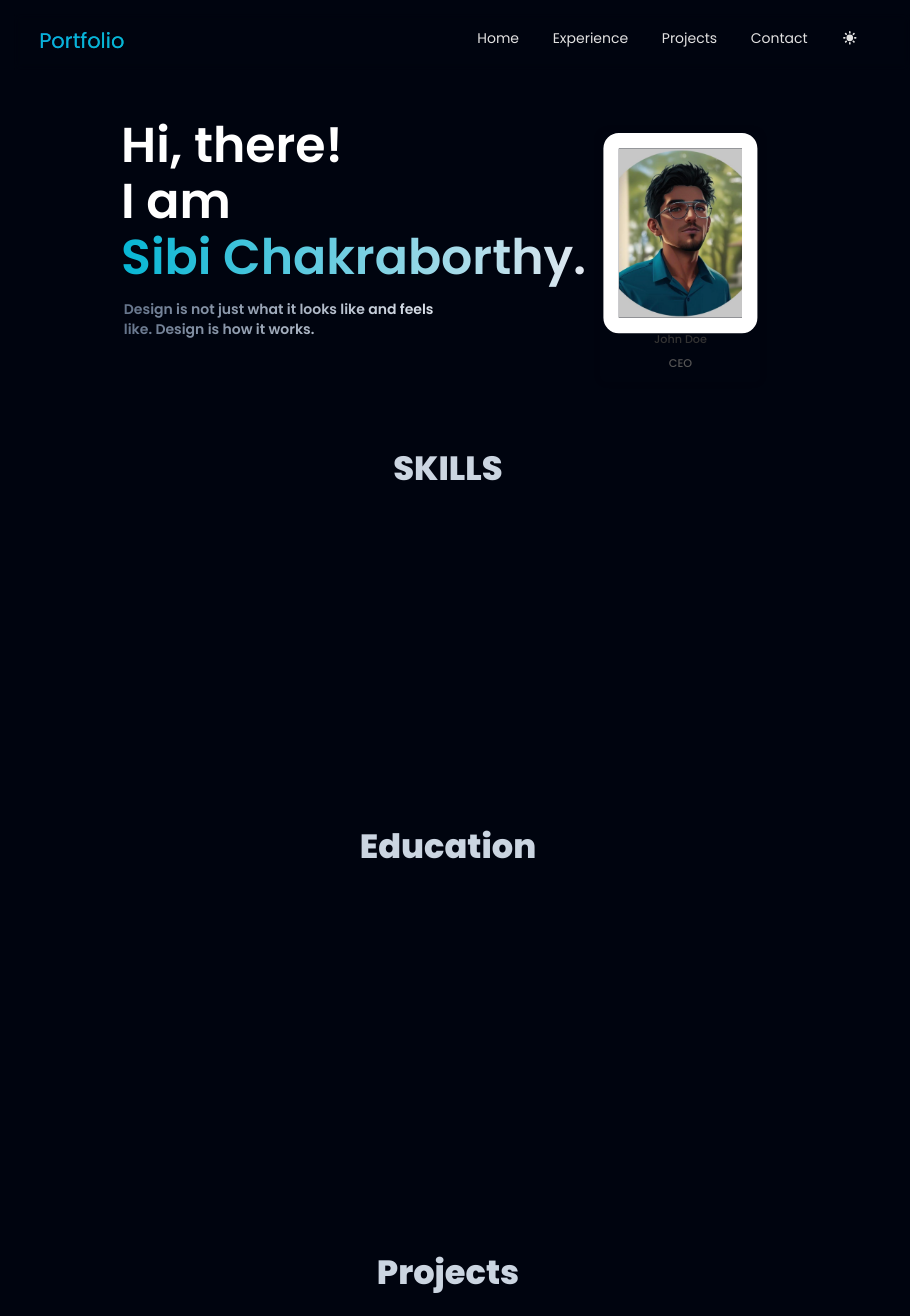
Repository: sibi24sibi/MyPersonalPortfolio
Page: /
These files come from the project's save history. The page is drawn as it stood at one moment and after the next save; the edit follows.
The browser window is 1280 px wide. The page is 1300 px wide, so the pictures cover 1300 px, including what lies to the right of the window. The pictures show the part of the page from y = 0 to 1880 px (the page is 3452 px tall before and 3414 px after), at 70% of full size.
The pointer rests on the first visible `.team-member img`.
The project was rebuilt for these pictures with package versions that can differ from the ones it lists, and the page was loaded fresh each time. Also part of the build but not shown: vite.config.js, src/components/Menu.jsx, src/components/Footer.jsx.

Above is the page before, as saved 2024-05-03 17:47:56.

### index.html
<!DOCTYPE html>
<html lang="en">

<head>
  <meta charset="UTF-8" />
  <link rel="icon" type="image/svg+xml" href="" />
  <meta name="viewport" content="width=device-width, initial-scale=1 , maximum-scale=1 ,user-scalable=no" />
  <title>
    Personal Portfolio
  </title>
</head>

<body className="darkMode">
  <div id="root" className="px-5 w-screen"></div>
  <script type="module" src="/src/main.jsx"></script>
</body>

</html>

### src/index.css
@import url('https://fonts.googleapis.com/css2?family=Poppins:wght@300;400;500;600;800&display=swap');
@tailwind base;
@tailwind components;
@tailwind utilities;

html {
    @apply overflow-x-hidden scroll-smooth
}

body {

    @apply dark:bg-[#00040f] bg-[#e2e2e2ab]
}

### src/App.jsx
import Navbar from "./components/Navbar";
import About from "./components/About";

import Education from "./components/Education";
import Projects from "./components/Projects";
import Skills from "./components/Skills";

import HashLoader from "react-spinners/HashLoader";
import CTA from "./components/CTA";
import MyEmailLayout from "./components/email";
import Footer from "./components/Footer";


import { useState, useEffect } from "react";

const override = {
  display: "flex",
  justifyContent: "center",
  alignItems: "center",
  marginTop: "5rem",
  borderColor: "red",
};

const App = () => {
  const [loading, setLoading] = useState(true);

  useEffect(() => {
    setLoading(true);
    setTimeout(() => {
      setLoading(false);
    }, 3000);
  }, []);
  return (
    <>
      {loading ? (
        <div className="flex h-screen w-screen justify-center items-center bg-[#00040f] ">
          <HashLoader
            color="#0891b2"
            loading={loading}
            cssOverride={override}
            size={90}
            aria-label="Loading Spinner"
            data-testid="loader"
          />
        </div>
      ) : (
        <div className=" flex flex-col justify-center items-center">
          <Navbar></Navbar>
          <About></About>
          <Skills></Skills>
          <Education></Education>
          <Projects></Projects>
          <CTA></CTA>
          <MyEmailLayout></MyEmailLayout>
          {/* <Footer></Footer> */}
        </div>
      )}
    </>
  );
};
export default App;

### src/components/Navbar.jsx
import { CgMenuRightAlt } from "react-icons/cg";
import { HiSun, HiMoon } from "react-icons/hi";
import { useState, useEffect } from "react";
import Menu from "./Menu";

const Navbar = () => {
  const [nav, setNav] = useState(false);

  const [theme, setTheme] = useState("light");

  useEffect(() => {
    if (theme === "dark") {
      document.documentElement.classList.remove("dark");
    } else {
      document.documentElement.classList.add("dark");
    }
  }, [theme]);

  const handleTheme = () => {
    setTheme(theme === "dark" ? "light" : "dark");
  };

  return (
    <>
      <section className="NAVBAR sticky top-0 backdrop-blur-[5px] z-10 pt-5  translate-x-[20px] min-w-full mt-5 font-['Poppins']  max-sm:p-2 max-sm:mx-1 max-sm:max-h-[48px] ">
        <div className="flex  justify-between capitalize md:ml-9 sm:ml-2">
          <div className="LOGO ">
            <a
              href="#"
              className="text-3xl bg-gradient-to-r from-blue-600 to-cyan-600 bg-clip-text text-transparent dark:text-cyan-500 max-sm:text-2xl"
            >
              {"Portfolio"}
            </a>
          </div>
          <div className="NAVLINKS min-w-full pr-9 text-[20px] translate-x-[-160px]  max-sm:hidden flex justify-end gap-12 text-[#00040f] dark:text-[#e1e1e1] ">
            <a href="#about" className=" hover:text-cyan-500">
              Home
            </a>
            <a href="#experience" className="hover:text-cyan-500">
              Experience
            </a>
            {/* <a href="#education" className="hover:text-cyan-500 ">
              Education
            </a> */}
            <a href="#projects" className="hover:text-cyan-500 ">
              Projects
            </a>
            <a href="#contact" className="hover:text-cyan-500 ">
              Contact
            </a>

            <button onClick={handleTheme}>
              {theme === "dark" ? (
                <HiMoon className="-translate-y-1 text-2xl" />
              ) : (
                <HiSun className="-translate-y-1 text-2xl" />
              )}
            </button>

            </div>
            </div>
          <button onClick={() => setNav(!nav)}>
            <CgMenuRightAlt className="hidden max-sm:block mr-5   absolute top-2  right-10 md:transform-none text-[#00040f] dark:text-[#e1e1e1] text-[32px]" />
          </button>


        {nav && <Menu />}

      </section>



    </>
  );
};
export default Navbar;

### src/components/About.jsx
import Lottie from "lottie-react";
import computer from "../assets/lottie/computer.json";
import Profile from "../assets/Profile.jpg";
import "./about-style.css";

const About = () => {
  return (
    <>
      <section
        id="about"
        className="p-5 mx-2 mb-10 font-medium font-['Poppins'] max-w-6xl max-sm:p-2 max-sm:mx-5"
      >
        <div className="WRAPPER mt-12 flex justify-between max-sm:flex-col gap-35">
        <div className="INTRO text-[70px] leading-[80px] font-semibold max-sm:text-[40px] max-sm:leading-[70px] max-sm:font-semibold">
            <h3 className="text-[#00040f] dark:text-white">
              Hi, there! <br />I am
            </h3>
            <span className="bg-clip-text text-transparent bg-gradient-to-r  from-blue-600 to-cyan-600 dark:from-cyan-500 dark:to-slate-200">
             Sibi Chakraborthy.

            </span>

            <p className="ABOUT h-[100px] text-xl max-sm:text-[15px] bg-clip-text text-transparent  bg-gradient-to-r  from-[#00040f] to-slate-500 dark:from-slate-500 dark:to-slate-200 max-w-[470px] mt-5 pl-1">
            Design is not just what it looks like and feels like. Design is how it works.
            </p>
          </div>
        <div className="div">



        <div className="team-member">
            <img src={Profile} alt="Profile"/>
            <h3>John Doe</h3>
            <p>CEO</p>
        </div>



        </div>
        </div>
      </section>
    </>
  );
};
export default About;

### src/components/Education.jsx
import Lottie from "lottie-react";
import education from "../assets/lottie/education.json";
import SAEC from "../assets/SAEC.png";
import AOS from "aos";

import { useEffect } from "react";

const Education = () => {
  useEffect(() => {
    AOS.init();
  }, []);
  return (
    <section
      id="education"
      className="EXPERIENCE max-w-6xl p-5 mx-20 mb-25 font-['Poppins']  max-sm:p-2 max-sm:mx-5"
    >
      <div className="WRAPPER mt-10">
        <h1 className="text-[#00040f] dark:text-slate-300 text-center font-extrabold text-5xl mb-5 max-sm:text-4xl   ">
          Education
        </h1>

        <div
          className="EDUCATION flex gap-7 justify-between flex-row-reverse max-sm:flex-col"
          data-aos="fade-right"
        >
          <div className="max-w-[520px] mt-[52px] p-7 max-sm:p-3">
            <div className="flex gap-5">
              <img
                src={SAEC}
                alt="SAEC"
                className="w-[150px] h-[100px]"
              />
              <h1 className="bg-clip-text text-transparent bg-gradient-to-r max-sm:text-[17px] from-amber-500 via-orange-600 to-yellow-500 dark:from-[#ff6600] dark:to-slate-100 font-semibold text-2xl w-[300px] h-[100px] tracking-wider ">
                Syed Ammal engineering college
              </h1>
            </div>

            <div className="mt-7 flex flex-col gap-5 text-left pl-4">
              <h3 className="capitalize  text-slate-800 dark:text-slate-300 text-xl max-sm:text-lg">
                Bachelor of technology
              </h3>
              <p className="italic capitalize text-gray-500 dark:text-slate-500 text-xl max-sm:text-lg leading-9">
                November 2020 - May 2024
              </p>

              <p className="capitalize text-gray-500 dark:text-slate-500 text-xl max-sm:text-lg leading-9">
                Computer Science and Engineering
              </p>
            </div>
          </div>
          <Lottie
            animationData={education}
            loop={true}
            className="max-w-[500px]"
          />
        </div>
      </div>
    </section>
  );
};
export default Education;

### src/components/Skills.jsx
import {
  HTML,
  CSS,
  Github,
  Git,
  Vite,
  TailwindCSS,
  react,
  Python,
  Javascript,
  CPP,
  C,
  Vue,
  nodejs
} from "../constants/Constant";

import AOS from "aos";
import "aos/dist/aos.css";
import { useEffect } from "react";
import Image from "./Img_prop";

const Skills = () => {
  useEffect(() => {
    AOS.init();
  }, []);
  return (
    <>
      <section className="EXPERIENCE p-5  mb-10 max-w-6xl  font-['Poppins']  max-sm:p-2 max-sm:mx-5">
        <div>
        <h1 className="text-[#00040f] dark:text-slate-300 font-extrabold text-5xl text-center max-sm:text-4xl ">
          SKILLS
        </h1>
        </div>
        <div
          className=" grid place-content-start  grid-cols-3 gap-4 max-sm:p-2 mt-10"
          data-aos="zoom-out-up"
        >
          <Image img={HTML}></Image>
          <Image img={CSS}></Image>
          <Image img={Javascript}></Image>
          <Image img={react}></Image>
          <Image img={TailwindCSS}></Image>
          {/* <Image img={Vue}></Image>
          <Image img={CPP}></Image>
          <Image img={C}></Image> */}
          <Image img={Python}></Image>
          {/* <Image img={Vite}></Image> */}
          <Image img={Git}></Image>
          <Image img={Github}></Image>
          <Image img={nodejs}></Image>
        </div>
      </section>
    </>
  );
};
export default Skills;

### src/components/CTA.jsx
function CTA() {
  const resumeLink = "/Sibi-Chakraborthy-V.pdf";
  return (
    <div id="resume" className="pt-36 max-w-6xl resume relative w-full flex justify-center ">

      <div className="pt-14 mx-20 pb-40">
        <h2 className="text-4xl md:text-5xl max-sm:text-[35px] max-sm:leading-[60px] font-bold mb-10 text-[#00040f] dark:text-white text-center">
          Need to know about me more
        </h2>
        <div className="flex justify-center ">
        <a
          href={resumeLink}
          className="cursor-pointer font-bold whitespace-nowrap
        mt-6 px-8 py-3 dark:text-[#e1e1e1] border-2 rounded-full border-[#808080]  bg-bg hover:bg-fun-pink hover:border-fun-pink transition-colors inline-flex items-center"
        >
          <svg class="fill-current w-4 h-4 mr-2" xmlns="http://www.w3.org/2000/svg" viewBox="0 0 20 20"><path d="M13 8V2H7v6H2l8 8 8-8h-5zM0 18h20v2H0v-2z"/></svg>
          <span>Resume</span>

        </a>

        </div>
      </div>


    </div>
  );
}

export default CTA;

### src/components/email.jsx
import React, { useRef, useEffect } from "react";
import emailjs from '@emailjs/browser';



const MyEmailLayout = () => {
  const form = useRef();

  useEffect(() => {
    // Initialize emailjs
    emailjs.init('-fw29uVaf1UZJqOVT');
  }, []);

  const sendEmail = (e) => {
    e.preventDefault();

    emailjs

      .sendForm('service_hgvjibu', 'template_f9rmzk9', form.current)
      .then(
        () => {
          alert('Email sent successfully!');
        },
        (error) => {
          alert('Failed to send email. Please try again later.');
          console.error('Email Error:', error);
        }
      );
  };

  return (
    <div   className="mb-20 max-w-6xl" id="contact">

      <div className=" mx-10 max-sm:mx-5 ">
      <div className="div">
      <h1 className="text-2xl dark:text-[#e1e1e1] font-bold mb-4 ">SEND ME A EMAIL</h1>
      </div>
      <form ref={form} onSubmit={sendEmail}>
        <div className="grid  grid-cols-2 gap-4 flex justify-center">
          <div>
            <label htmlFor="name" className="dark:text-[#e1e1e1]">Name</label>
            <input
              type="text"
              id="name"
              name="user_name"
              className="px-3 py-2 placeholder-gray-400 text-gray-600 relative dark:bg-slate-300 bg-stone-300 rounded text-sm border-0 shadow outline-none focus:outline-none focus:ring  w-full"
            />
          </div>
          <div>
            <label htmlFor="email" className="dark:text-[#e1e1e1]">Email</label>
            <input
              type="email"
              id="email"
              name="user_email"
              className="px-3 py-2 placeholder-gray-400 text-gray-600 relative dark:bg-slate-300 bg-stone-300 rounded text-sm border-0 shadow outline-none focus:outline-none focus:ring w-full"
            />
          </div>
        </div>
        <label htmlFor="message" className="dark:text-[#e1e1e1]">Message</label>
        <textarea
          placeholder=""
          name="message"
          className="px-3 py-2 placeholder-gray-400 text-gray-600 relative dark:bg-slate-300 bg-stone-300 rounded text-sm border-0 shadow outline-none focus:outline-none focus:ring h-40 w-full "
        ></textarea>
        <button
          type="submit"
          className="bg-blue-500 rounded-full text-white px-4 py-2 mt-4 float-right"
          value="Send"
        >
          Send Email
        </button>
      </form>
      </div>
    </div>
  );
};

export default MyEmailLayout;

### src/components/about-style.css
.team-member img {
    width: 200px;
    height: 200px;
    border-radius: 50%;
    object-fit: cover;

/* Additional styling for the image */
border: 20px solid #fff; /* Add a white border around the image */
 transition: transform 0.3s ease-in-out; /*  Add a smooth transition effect  */

/* Hover effect: Scale the image slightly on hover */
/* cursor: pointer; */
}

.team-member img:hover {
    border-radius: 20px;
    height: 260px;
}

.team-member {
    text-align: center;
    margin: 20px;
  /*  background-color: #fff;  White background for each team member */
    padding: 15px; /* Add padding for better visual appeal */
    border-radius: 10px; /* Add rounded corners */
    box-shadow: 0 0 10px rgba(0, 0, 0, 0.1); /* Add a subtle box shadow */
}



/* Add a hover effect for better user interaction */
.team-member img:hover {
transform: scale(1.1);
}


.team-member h3 {
    margin: 10px 0;
    color: #333; /* Darken the text color */
}

.team-member p {
    color: #555;
}

### src/components/Project_prop.jsx
/* eslint-disable react/prop-types */

import "./proj_style.css";


const Project_prop = (props) => {
  return (
    <>



      <div className="card bg-blue-100 dark:bg-sky-950 rounded-lg shadow-lg aspect-w-16 aspect-h-9 ">
        <h3
        className="title capitalize font-bold h-20 text-slate-800 dark:text-slate-300 text-xl max-sm:text-lg m-5 text-center"
        >
          {props.title}
        </h3>
            <div className="bar h-1 min-w-40 dark:bg-gray-800  bg-slate-600  mx-5"></div>
        <div className="flex gap-1 ml-3 mt-3 ">
                {props.react}
                {props.vite}
                {props.html5}
                {props.css3}
                {props.php}
                {props.mysql}
                {props.javascript}
                {props.tailwindcss}
                {props.laravel}
                {props.bootstrap}
                {props.wordpress}

        </div>
        <p className="dark:text-slate-500 mt-2 text-sm px-5  select-none">
          {props.para}
        </p>
      </div>




    </>
  );
};
export default Project_prop;

### src/constants/Constant.jsx
import C from "../assets/C.png";
import CPP from "../assets/CPP.png";
import HTML from "../assets/HTML.png";
import Github from "../assets/Github.png";
import CSS from "../assets/CSS.png";
import Python from "../assets/Python.png";
import Javascript from "../assets/Javascript.png";
import Git from "../assets/Git.png";
import Vite from "../assets/Vite.png";
import TailwindCSS from "../assets/TailwindCSS.png";
import react from "../assets/react.png";
import Vue from "../assets/vue.png";
import nodejs from "../assets/nodejs.png";

import Hackthechain from "../assets/HackTheChainLogo.png";
import GSSOC from "../assets/GSSoc.jpg";
import IITB from "../assets/IITB.png";
import Sports from "../assets/Sports_Club.png";
import IIITians from "../assets/IIITians_Network.png";
import GDSC from "../assets/GDSC.png";
import KDE from "../assets/kde.png";
import Oppia from "../assets/oppia.png";

import GPT4 from "../assets/gpt4.jpg";
import Portfolio from "../assets/portfolio.jpg";
import Rocket from "../assets/Rocket.jpg";
import Game from "../assets/Stone.jpg";
import WellBeing from "../assets/well-being.jpg";

export {
  C,
  CPP,
  HTML,
  CSS,
  Github,
  Git,
  Vite,
  TailwindCSS,
  react ,
  Python,
  Javascript,
  Vue,
  Hackthechain,
  GSSOC,
  IITB,
  Sports,
  IIITians,
  GPT4,
  Portfolio,
  Rocket,
  WellBeing,
  Game,
  GDSC,
  KDE,
  nodejs,
  Oppia,
};

### src/components/Img_prop.jsx
const Img_prop = ({ img }) => {
  return (
    <>
      <div className="mr-60 w-[100px] max-sm:w-[75px] h-[100px] max-sm:h-[75px] shadow-xl shadow-slate-300 dark:shadow-lg dark:shadow-blue-500/50 bg-gradient-to-bl from-[#ccc] to-[#eee] dark:from-[#051937] dark:to-[#222] rounded-full place-content-center grid translate-x-[100px] max-sm:translate-x-1">
        <img src={img} alt="html" className="max-sm:h-[45px] h-[55px] " />
      </div>
    </>
  );
};
export default Img_prop;

### src/components/proj_style.css



  .card {
    position: relative;
    left: 0px;
    width: 200px;
    height: fit-content;
    min-height: 320px;
    padding-bottom: 10px;
  }

  .card:not(:first-child) {
      margin-left: -50px;
  }

  .card:hover {
    transform: translateY(-20px);
    transition: 0.4s ease-out;
  }

  .card:hover ~ .card {
    position: relative;
    left: 50px;
    transition: 0.4s ease-out;
  }

@media only screen and (max-width: 600px) {
  .card {
    position:unset;
    left:unset;
    padding-bottom:unset;
    margin: 10px;;
    padding-bottom:unset;
  }
  .card:hover {
    transform:unset ;
    transition:unset;
    margin-left:unset;
  }
  .card:not(:first-child) {
    margin-left:10px;

  }
  .card:hover ~ .card {
    position:unset;
    left:unset;
    transition:unset;
  }
}

Loaded but not shown: src/main.jsx (common file); src/assets/lottie/computer.json (common file); src/assets/lottie/Education.json (common file); tailwind.config.js (common file); src/components/Projects.jsx (189 lines, source omitted)

After the next save:
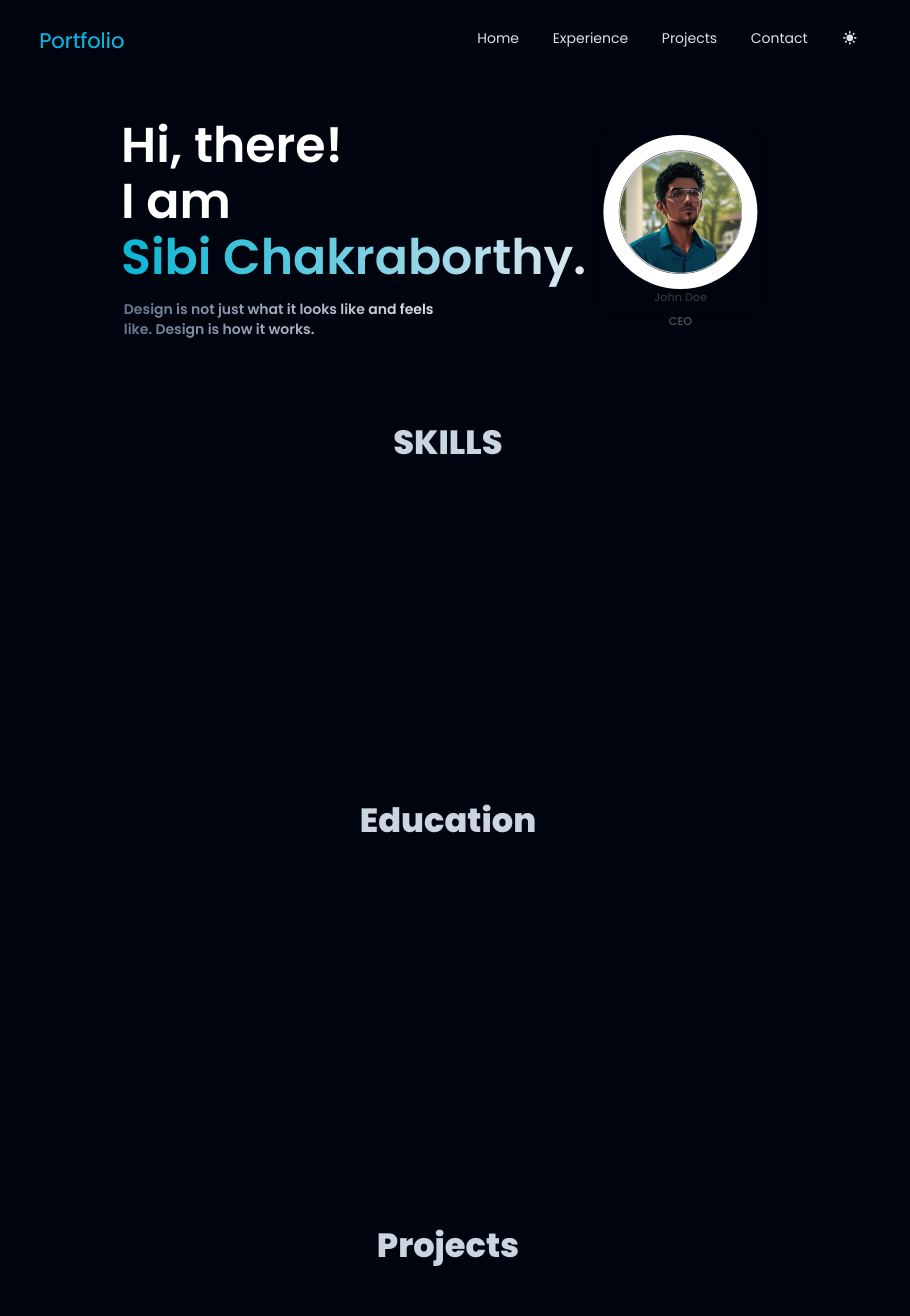
Saved 36 s later.
--- a/src/components/about-style.css
+++ b/src/components/about-style.css
@@ -12,7 +12,7 @@ border: 20px solid #fff; /* Add a white border around the image */
 /* cursor: pointer; */
 }
 
-.team-member img:hover {
+.team-member:hover {
     border-radius: 20px;
     height: 260px;
 }
